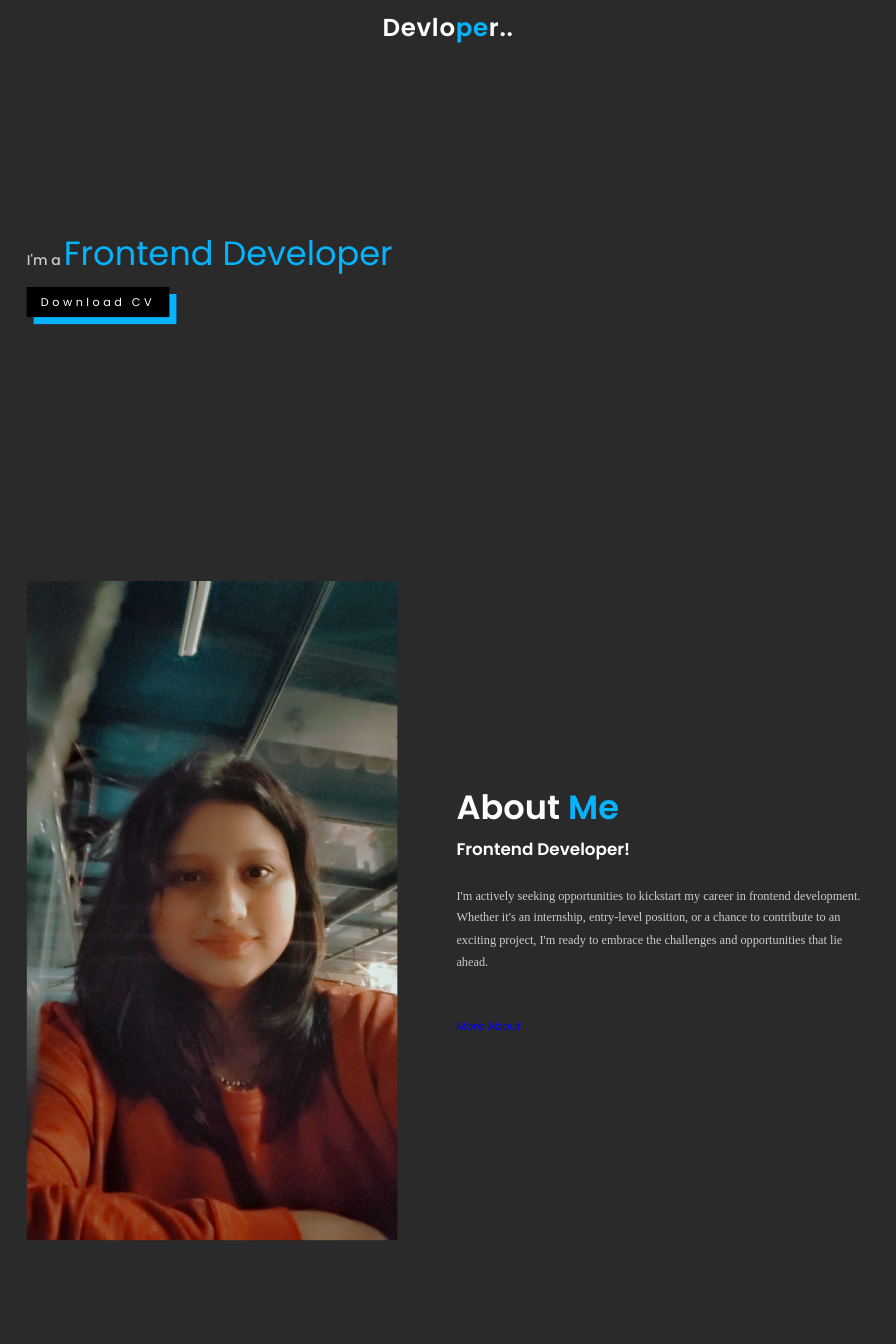
Repository: shivaniwankar21/personal_Portfolio
Page: responsive_Portfolio_website/index.html
These files come from the project's save history. The page is drawn as it stood at one moment and after the next save; the edit follows.
The browser window is 1280 px wide. The pictures show the part of the page from y = 0 to 1920 px (the page is 3658 px tall), at 70% of full size.

Above is the page before, as saved 2023-09-02 08:56:55.

After the next save:
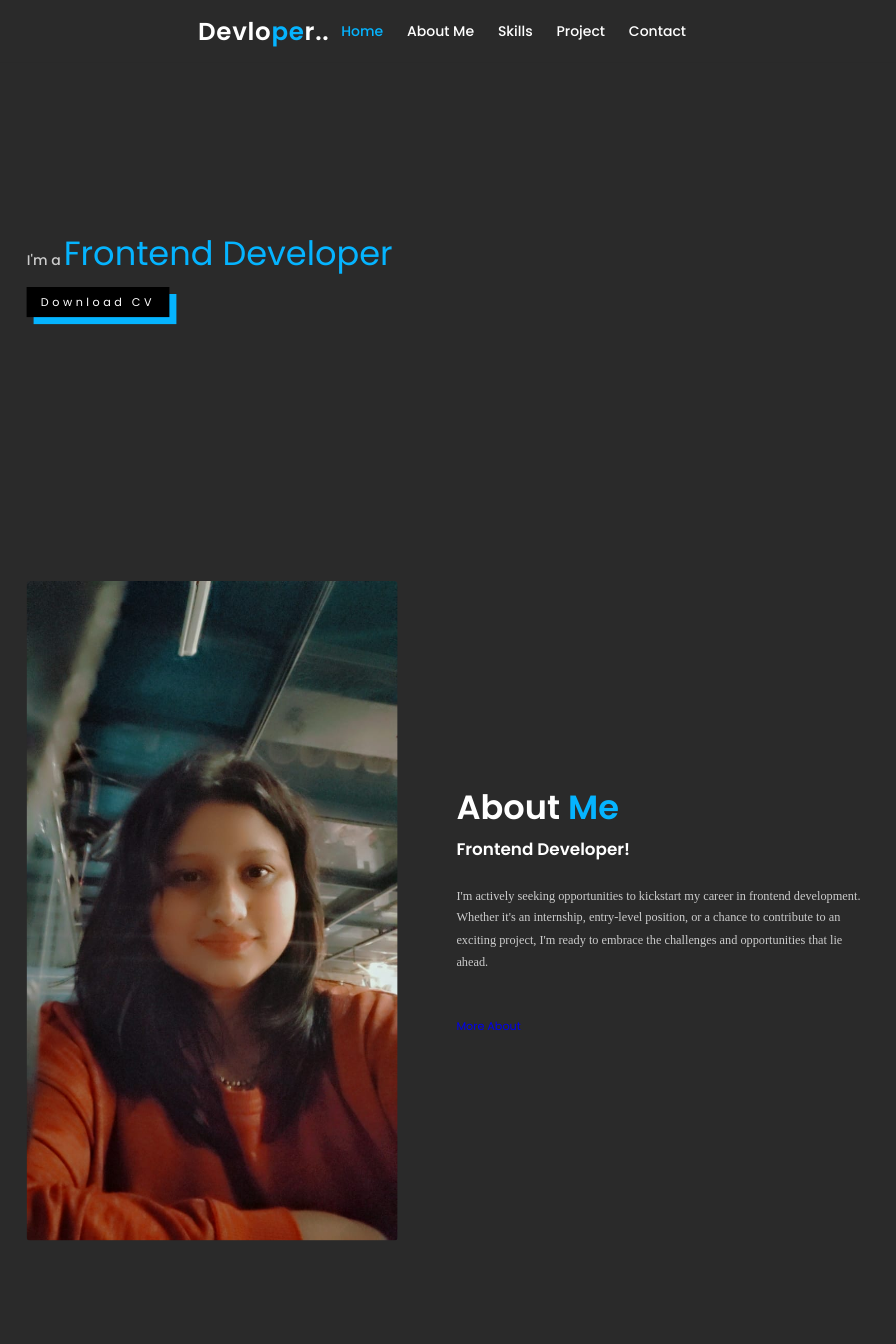
Saved 42 s later.
--- a/responsive_Portfolio_website/style.css
+++ b/responsive_Portfolio_website/style.css
@@ -541,11 +541,11 @@
         grid-template-columns: 1fr;
     }
 }
-@media (min-width: 380px){
+@media (min-width: 480px){
     #menu-icon{
         display: block;
     }
-    .navlist{
+    /* .navlist{
         position: absolute;
         top: -1000px;
         right: 0;
@@ -556,7 +556,7 @@
         text-align: left;
         transition: all .45s ease;
 
-    }
+    } */
     .navlist a{
         display: block;
         margin: 17px;
